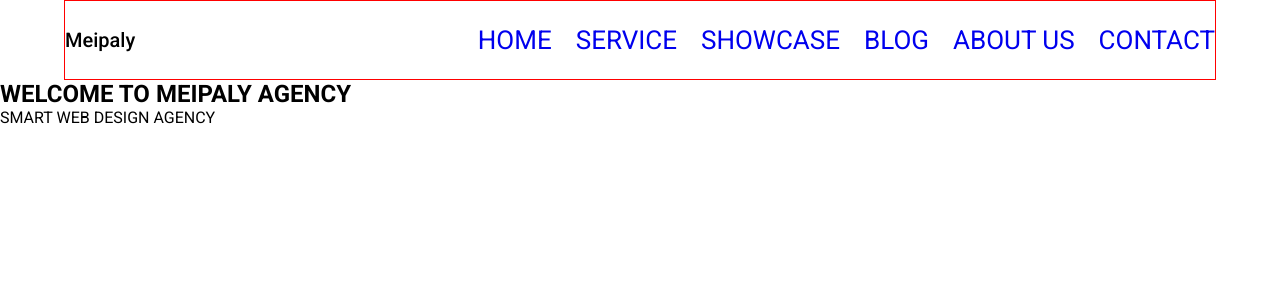
Repository: ducdatit2002/meipaly
Page: index.html
These files come from the project's save history. The page is drawn as it stood at one moment and after the next save; the edit follows.
The browser window is 1280 px wide. The pictures show the whole page.

Above is the page before, as saved 2023-07-10 19:47:05.

After the next save:
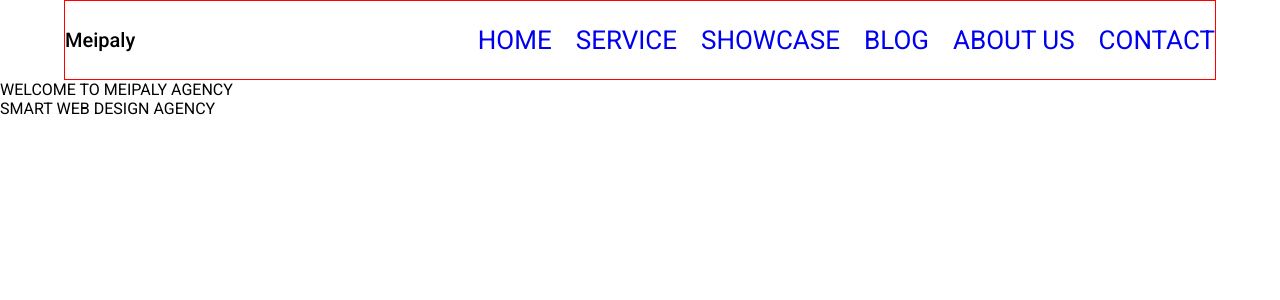
Saved 6 s later.
--- a/index.html
+++ b/index.html
@@ -34,7 +34,7 @@
     </header>
     <section class="banner">
         <div class="banner__container">
-            <h2>WELCOME TO MEIPALY AGENCY</h2>
+            <p>WELCOME TO MEIPALY AGENCY</p>
             SMART WEB
             DESIGN AGENCY
         </div>
